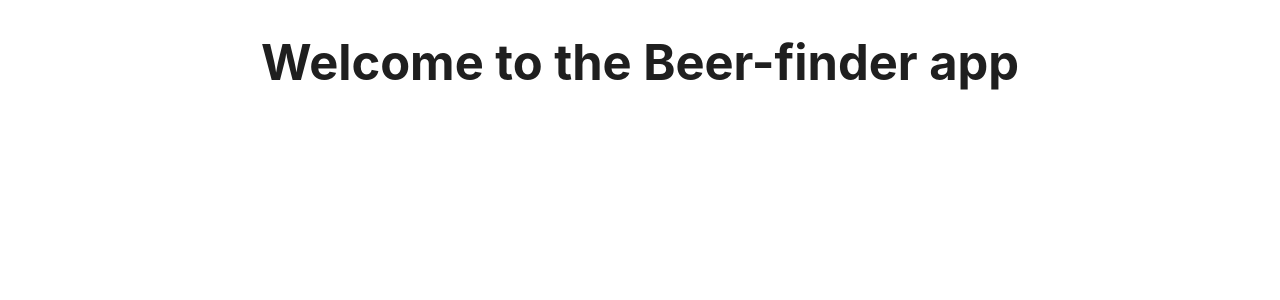
Repository: marcinszymaszek/beer-finder
Page: /
An editor plug-in stored every save of this project. The page is shown before and after the next save, followed by the edit.
The browser window is 1280 px wide. The pictures show the whole page.
The project was rebuilt for these pictures with package versions that can differ from the ones it lists, and the page was loaded fresh each time.

Above is the page before, as saved 2020-05-10 20:06:31.

### public/index.html
<!DOCTYPE html>
<html lang="en">
  <head>
    <meta charset="utf-8" />
    <link rel="icon" href="%PUBLIC_URL%/favicon.ico" />
    <meta name="viewport" content="width=device-width, initial-scale=1" />
    <meta name="theme-color" content="#000000" />
    <meta
      name="description"
      content="Web site created using create-react-app"
    />
    <link rel="apple-touch-icon" href="%PUBLIC_URL%/logo192.png" />
    <!--
      manifest.json provides metadata used when your web app is installed on a
      user's mobile device or desktop. See https://developers.google.com/web/fundamentals/web-app-manifest/
    -->
    <link rel="manifest" href="%PUBLIC_URL%/manifest.json" />
    <!--
      Notice the use of %PUBLIC_URL% in the tags above.
      It will be replaced with the URL of the `public` folder during the build.
      Only files inside the `public` folder can be referenced from the HTML.

      Unlike "/favicon.ico" or "favicon.ico", "%PUBLIC_URL%/favicon.ico" will
      work correctly both with client-side routing and a non-root public URL.
      Learn how to configure a non-root public URL by running `npm run build`.
    -->
    <title>Beer-finder App</title>
  </head>
  <body>
    <noscript>You need to enable JavaScript to run this app.</noscript>
    <div id="root"></div>
    <!--
      This HTML file is a template.
      If you open it directly in the browser, you will see an empty page.

      You can add webfonts, meta tags, or analytics to this file.
      The build step will place the bundled scripts into the <body> tag.

      To begin the development, run `npm start` or `yarn start`.
      To create a production bundle, use `npm run build` or `yarn build`.
    -->
  </body>
</html>

### src/index.js
import React from 'react';
import ReactDOM from 'react-dom';
import './index.css';
import App from './components/main/App';
import * as serviceWorker from './serviceWorker';

ReactDOM.render(
  <React.StrictMode>
    <App />
  </React.StrictMode>,
  document.getElementById('root')
);

// If you want your app to work offline and load faster, you can change
// unregister() to register() below. Note this comes with some pitfalls.
// Learn more about service workers: https://bit.ly/CRA-PWA
serviceWorker.unregister();

### src/components/main/App.js
import React, { useState, useEffect } from 'react';
import './App.css';

const App = () => {

  return (
    <div className="main-container">
      <h1 className="app-title">Welcome to the Beer-finder app</h1>
    </div>
  );
}

export default App;

### src/components/main/App.css
.main-container {
  text-align: center;
  min-height: 100vh;
  display: flex;
  flex-direction: column;
  font-size: calc(10px + 2vmin);
  color: #1f1f1f;
}

Loaded but not shown: src/index.css (common file); src/serviceWorker.js (common file)

After the next save:
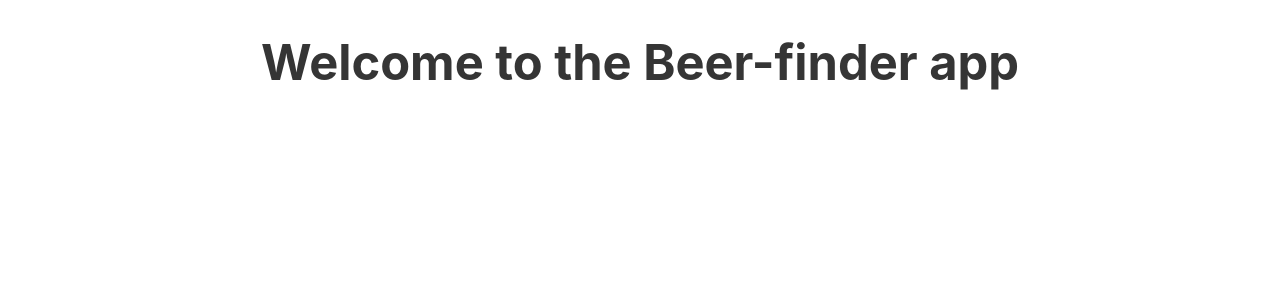
Saved 6 s later.
--- a/src/components/main/App.css
+++ b/src/components/main/App.css
@@ -4,5 +4,5 @@
   display: flex;
   flex-direction: column;
   font-size: calc(10px + 2vmin);
-  color: #1f1f1f;
+  color: #353535;
 }
